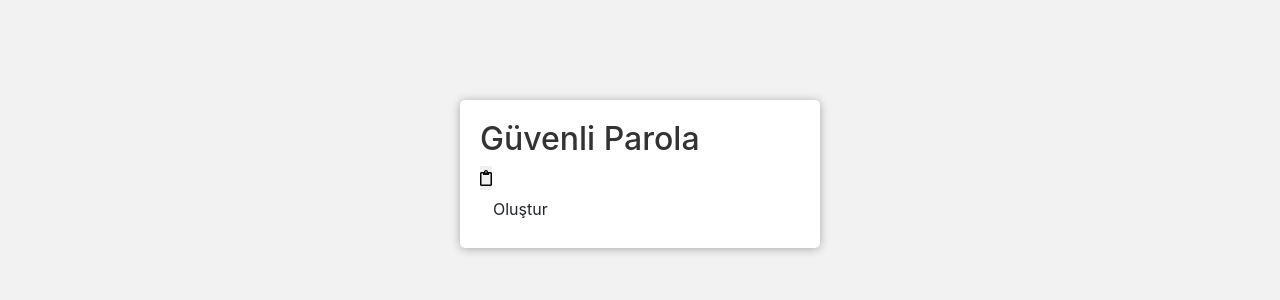
Repository: DogukanSAVA/SecurityKey
Page: index.html
The author's editor kept a copy of each file at every save. The page is drawn from the files as they stood at one save, then again after a run of saves.
The browser window is 1280 px wide. The pictures show the whole page.
Some web libraries are served in a nearby version.

Above is the page before, as saved 2021-09-20 13:50:39.

After the next 2 saves:
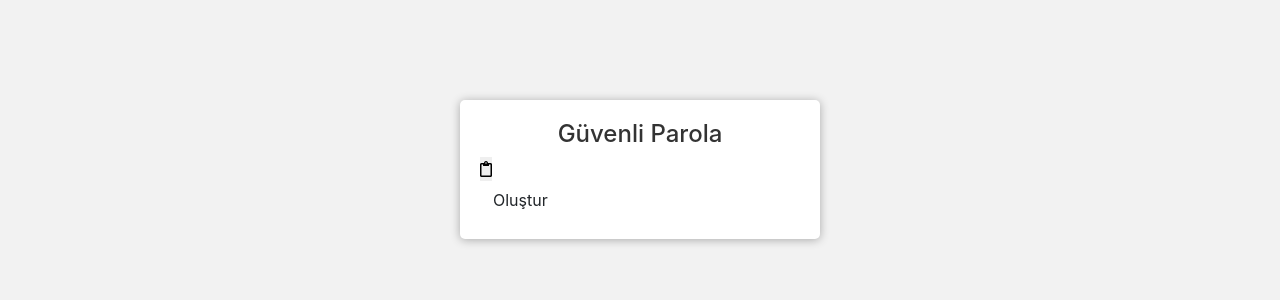
The 2 saves are shown as one change because they came seconds apart.
The last was saved 19 s later.
--- a/style.css
+++ b/style.css
@@ -13,12 +13,16 @@
   color: #333;
 }
 
+.wrap {
+  width: 360px;
+  margin-top: 100px;
+  padding: 20px;
+  background-color: #fff;
+  box-shadow: 0px 1px 10px 0px rgba(0, 0, 0, 0.3);
+  border-radius: 5px;
+}
 
-.wrap{
-          width: 360px;
-          margin-top: 100px;
-          padding: 20px;
-          background-color: #fff;
-          box-shadow: 0px 1px 10px 0px rgba(0,0,0,.3);
-          border-radius: 5px;
+h2 {
+  font-size: 24px;
+  text-align: center;
 }
